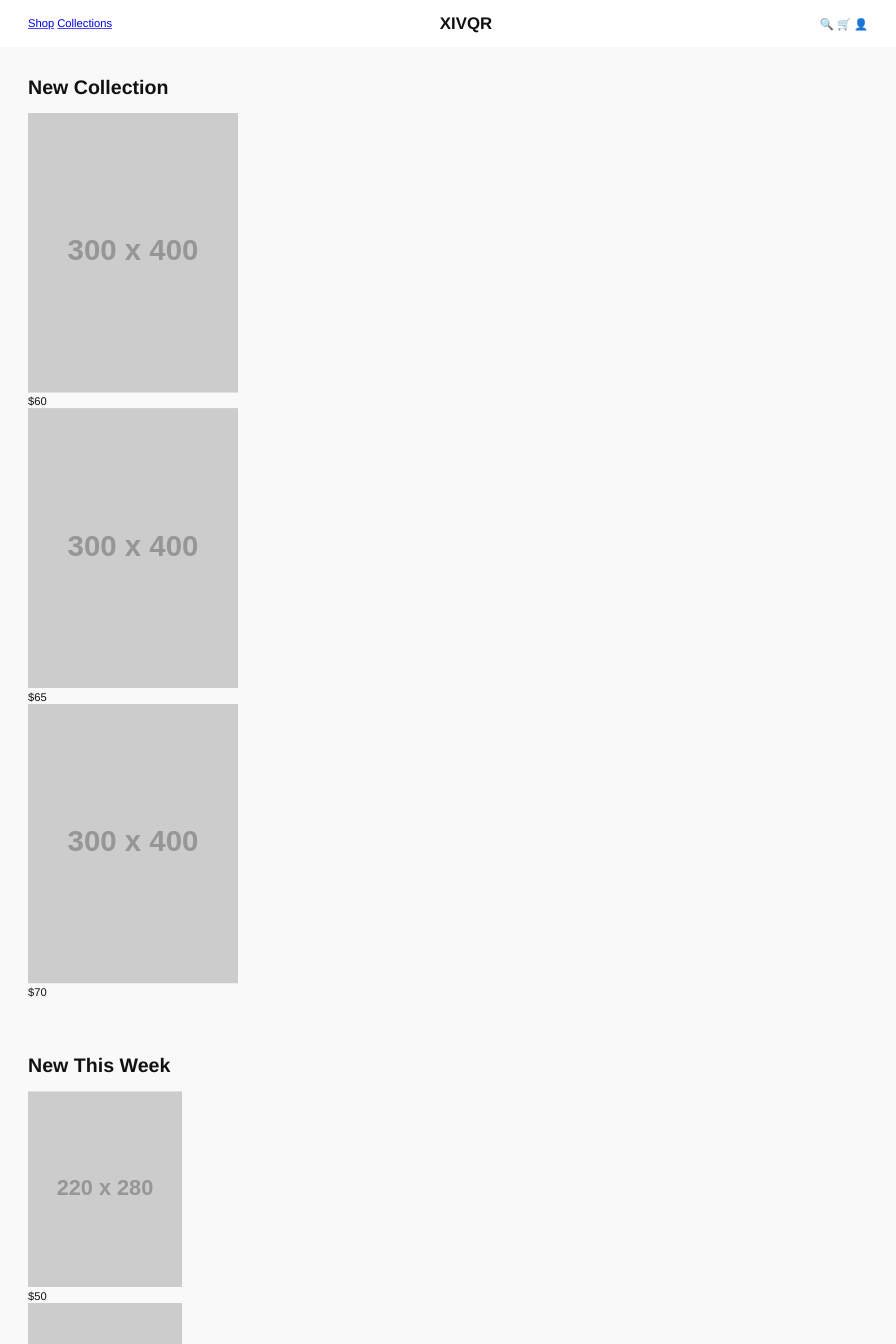
Repository: Diegoms0595/retail-dashboard-app
Page: index.html
The author's editor kept a copy of each file at every save. The page is drawn from the files as they stood at one save, then again after the next save.
The browser window is 1280 px wide. The pictures show the part of the page from y = 0 to 1920 px (the page is 4800 px tall before and 2739 px after), at 70% of full size.

Above is the page before, as saved 2025-06-19 18:07:59.

After the next save:
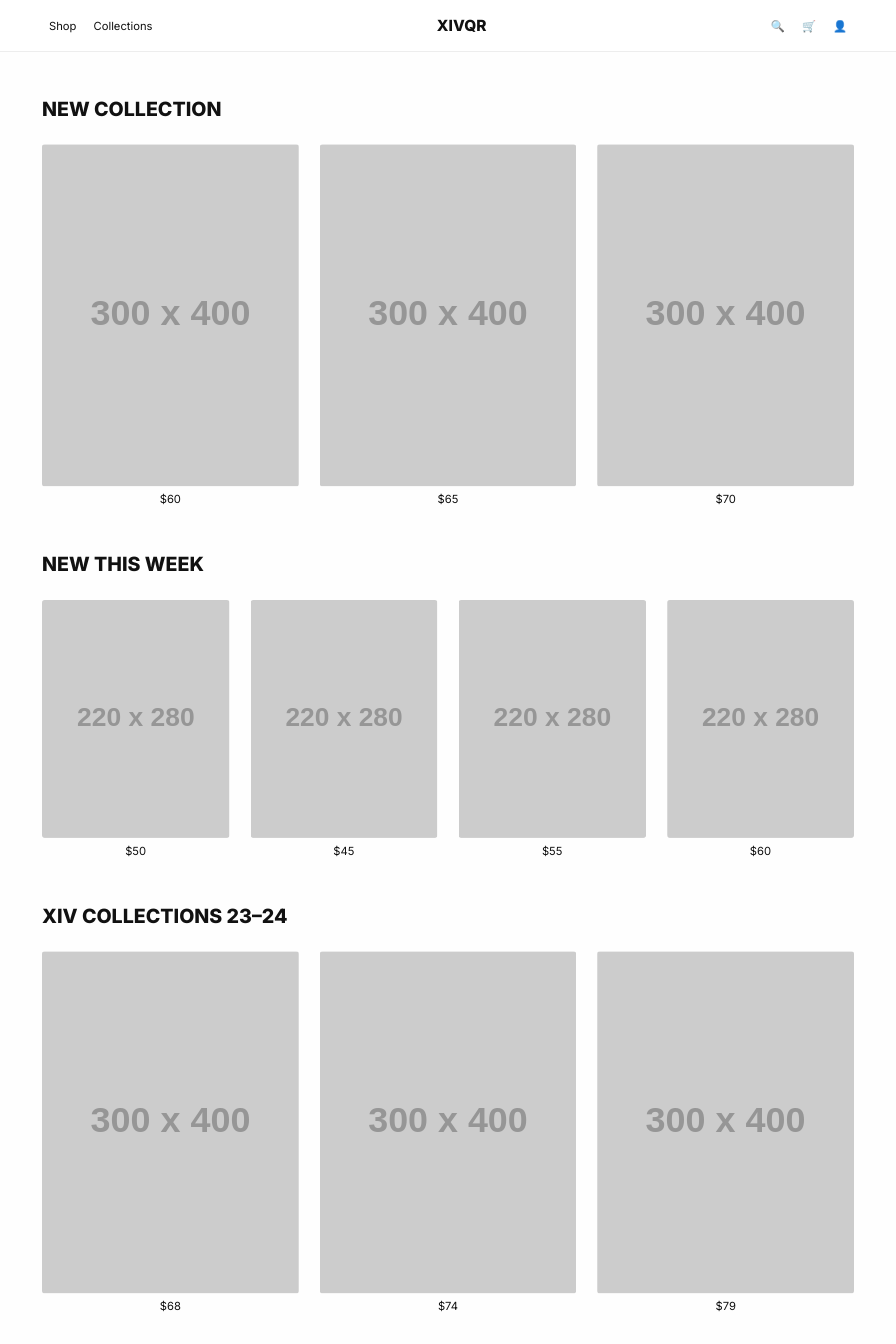
Saved 10 s later.
--- a/style.css
+++ b/style.css
@@ -5,105 +5,113 @@
 }
 
 body {
-  font-family: 'Helvetica Neue', sans-serif;
+  font-family: 'Inter', sans-serif;
+  background: #fefefe;
   color: #111;
-  background-color: #f9f9f9;
+  line-height: 1.5;
+}
+
+a {
+  text-decoration: none;
+  color: inherit;
 }
 
 .navbar {
   display: flex;
   justify-content: space-between;
   align-items: center;
-  padding: 20px 40px;
-  background: white;
-  border-bottom: 1px solid #eee;
+  padding: 20px 60px;
+  border-bottom: 1px solid #e5e5e5;
+  background-color: #fff;
+}
+
+.left-links a,
+.right-icons span {
+  margin: 0 10px;
+  font-weight: 500;
 }
 
 .logo {
-  font-size: 24px;
-  font-weight: bold;
-}
-
-.nav-links a {
-  margin: 0 15px;
-  text-decoration: none;
-  color: #333;
-  font-weight: 500;
-}
-
-.icons span {
-  margin-left: 15px;
-  cursor: pointer;
+  font-size: 22px;
+  font-weight: 800;
 }
 
 .section {
-  padding: 40px;
+  max-width: 1200px;
+  margin: 60px auto;
+  padding: 0 20px;
 }
 
-.section h2 {
+.section-title {
   font-size: 28px;
-  margin-bottom: 20px;
+  font-weight: 800;
+  text-transform: uppercase;
+  margin-bottom: 30px;
 }
 
-.product-grid {
-  display: flex;
+.products {
+  display: grid;
   gap: 30px;
-  flex-wrap: wrap;
 }
 
-.product-row {
-  display: flex;
-  gap: 20px;
-  overflow-x: auto;
-  padding-bottom: 10px;
+.products.three {
+  grid-template-columns: repeat(3, 1fr);
 }
 
-.product-card {
-  background: white;
-  border: 1px solid #eee;
-  padding: 10px;
+.products.four {
+  grid-template-columns: repeat(4, 1fr);
+}
+
+.product {
   text-align: center;
 }
 
-.product-card img {
+.product img {
   width: 100%;
-  height: auto;
-  display: block;
+  border-radius: 4px;
 }
 
-.design-approach {
+.center-text {
   text-align: center;
   padding: 60px 20px;
-  background-color: #fff;
 }
 
-.design-approach h3 {
+.philosophy-title {
   font-size: 20px;
   letter-spacing: 1px;
   margin-bottom: 10px;
 }
 
+.philosophy-text {
+  max-width: 600px;
+  margin: 0 auto;
+  font-size: 16px;
+  color: #666;
+}
+
 .gallery {
   display: flex;
   gap: 20px;
-  padding: 40px;
+  justify-content: center;
+  padding: 40px 0;
   overflow-x: auto;
 }
 
 .gallery img {
   height: 250px;
-  border: 1px solid #ddd;
+  border-radius: 4px;
 }
 
 .footer {
   text-align: center;
-  padding: 30px 20px;
-  background: #fff;
+  padding: 60px 20px;
+  background: #fafafa;
   border-top: 1px solid #eee;
 }
 
 .footer-logo {
   font-size: 24px;
-  font-weight: bold;
+  font-weight: 800;
+  line-height: 1;
   margin-bottom: 10px;
 }
